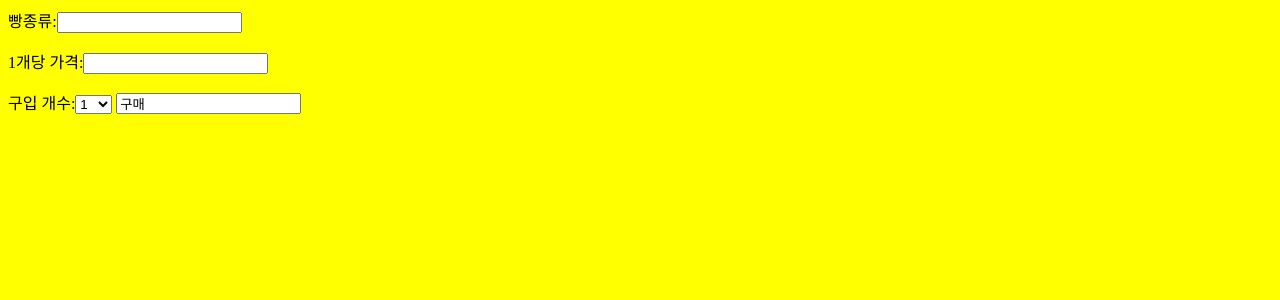
Repository: Hongjeongmin/university
Page: webprograming/test/test/WebContent/b.html
An editor plug-in stored every save of this project. The page is shown before and after the next save, followed by the edit.
The browser window is 1280 px wide. The pictures show the whole page.

Above is the page before, as saved 2018-09-17 01:42:21.

### webprograming/test/test/WebContent/b.html
<!DOCTYPE html>
<html>
<head>
<meta charset="UTF-8">
<title>Insert title here</title>
</head>
<body style=background-color:yellow>

<form method="post" action="b.jsp">
빵종류:<input style="text" name="bread"><p>
1개당 가격:<input style="text" name="cost"><p>
구입 개수:<select name="count" size="1">
		<option>1</option><option>2</option>
		<option>3</option><option>4</option>
		<option>5</option><option>6</option>
		<option>7</option><option>8</option>
		<option>9</option><option>10</option>
	</select>

<input style="submit" value="구매">
</form>

</body>
</html>

After the next save:
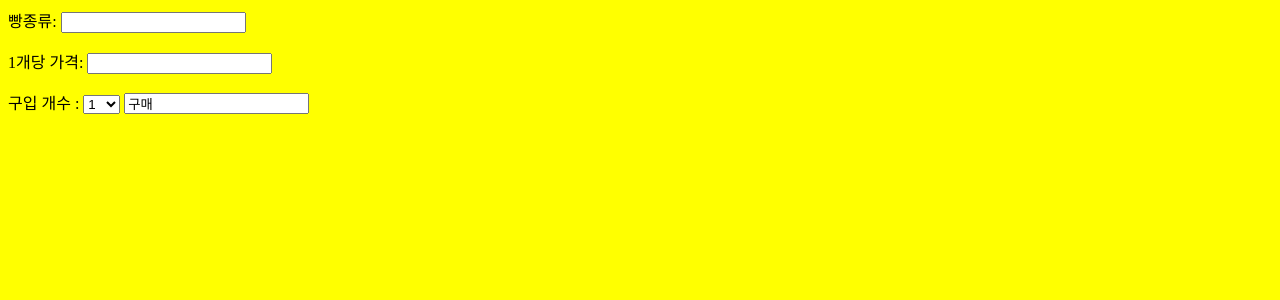
Saved 5 min 26 s later.
--- a/webprograming/test/test/WebContent/b.html
+++ b/webprograming/test/test/WebContent/b.html
@@ -1,15 +1,16 @@
 <!DOCTYPE html>
 <html>
 <head>
+
 <meta charset="UTF-8">
 <title>Insert title here</title>
 </head>
 <body style=background-color:yellow>
 
 <form method="post" action="b.jsp">
-빵종류:<input style="text" name="bread"><p>
-1개당 가격:<input style="text" name="cost"><p>
-구입 개수:<select name="count" size="1">
+빵종류:&nbsp;<input style="text" name="bread"><p>
+1개당 가격:&nbsp;<input style="text" name="cost"><p>
+구입 개수 :&nbsp;<select name="count" size="1">
 		<option>1</option><option>2</option>
 		<option>3</option><option>4</option>
 		<option>5</option><option>6</option>
